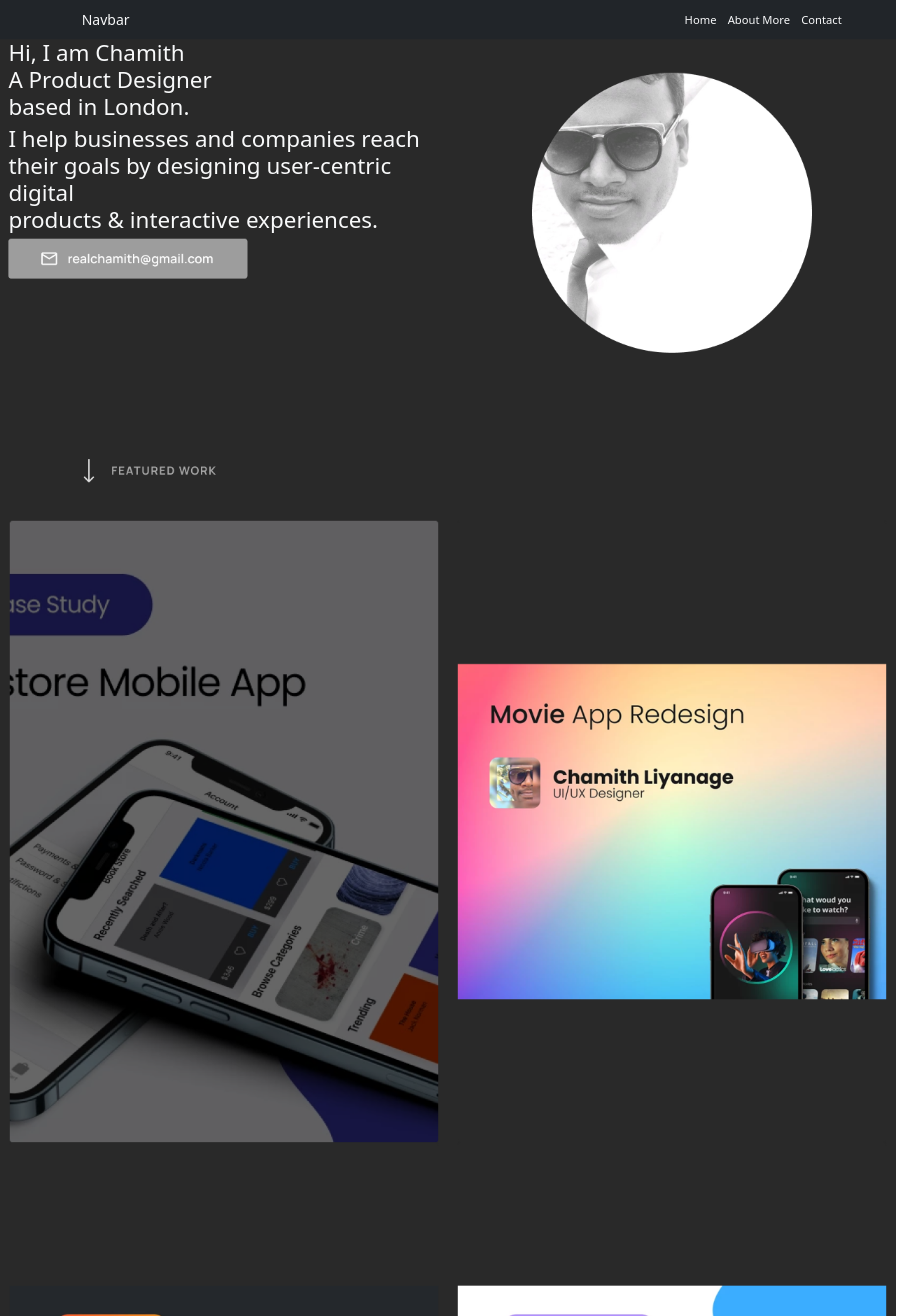
Repository: Realchamithweb/chamith-html
Page: index.html
An editor plug-in stored every save of this project. The page is shown before and after the next save, followed by the edit.
The browser window is 1280 px wide. The page is 1292 px wide, so the pictures cover 1292 px, including what lies to the right of the window. The pictures show the part of the page from y = 0 to 1880 px (the page is 4129 px tall), at 70% of full size.

Above is the page before, as saved 2023-01-04 12:07:28.

### index.html
<!doctype html>
<html lang="en">
  <head>
    <!-- Required meta tags -->
    <meta charset="utf-8">
    <meta name="viewport" content="width=device-width, initial-scale=1">
    <link rel="stylesheet" href="/css/style.css">
    <!-- Bootstrap CSS -->
    <link href="https://cdn.jsdelivr.net/npm/bootstrap@5.0.2/dist/css/bootstrap.min.css" rel="stylesheet" integrity="sha384-EVSTQN3/azprG1Anm3QDgpJLIm9Nao0Yz1ztcQTwFspd3yD65VohhpuuCOmLASjC" crossorigin="anonymous">

    <title>Hello, world!</title>
  </head>
  <body>
    <div class="main">
            <div class="head">
                <nav class="navbar navbar-expand-lg navbar-light bg-dark">
                    <div class="container-fluid">
                        <div class="col-md-1"></div>
                    <a class="navbar-brand col-md-8 text-light" href="#">Navbar</a>
                    <button class="navbar-toggler" type="button" data-bs-toggle="collapse" data-bs-target="#navbarNavDropdown" aria-controls="navbarNavDropdown" aria-expanded="false" aria-label="Toggle navigation">
                        <span class="navbar-toggler-icon"></span>
                    </button>
                    <div class="collapse navbar-collapse" id="navbarNavDropdown">
                        <ul class="navbar-nav">
                        <li class="nav-item">
                            <a class="nav-link active text-light" aria-current="page" href="#">Home</a>
                        </li>
                        <li class="nav-item">
                            <a class="nav-link text-light" href="/about-more.html">About More</a>
                        </li>
                        <li class="nav-item">
                            <a class="nav-link text-light" href="/contact.html">Contact</a>
                        </li>
                        </ul>
                    </div>
                    </div>
                </nav>
            </div>

            <section>
            <div class="hero">
                <div class="container-fluid">
                    <div class="row">
                        <div class="col-lg-6">
                            <p class="hero-title text-light h2">Hi, I am Chamith<br>
                                A Product Designer<br>
                                based in London.
                            </p>
                            <p class="hero-text text-light h2">
                                I help businesses and companies reach <br>
                                their goals by designing user-centric digital <br>
                                products & interactive experiences.
                            </p>
                            <img src="/inc/Btn.png" class="img02">
                        </div>
                        <div class="col-lg-6 d-flex justify-content-center mb-5 mt-5">
                            <img src="/inc/unsplash_XHVpWcr5grQ.png"" class="img01">
                        </div>
                    </div>
                </div>
            </div>
            </section>
            <section>
            <div class="Featured-Work">
                <div class="container-fluid">
                    <div class="row mt-5">
                        <div class="col-lg-1  mb-5"></div>
                        <div class="col-lg-10  mb-5 mt-5">
                            <img src="/inc/Featured.png" class="img00">
                        </div>
                        <div class="col-lg-6 d-flex justify-content-center">
                            <img src="/inc/unsplash_mxPiMiz7KCo.png" class="img01">

                        </div>
                        <div class="col-lg-6 d-flex justify-content-center">
                            <img src="/inc/unsplash_g-pKprPg5yw.png" class="img02">
                        </div>
                    </div>
                </div>
                <div class="container-fluid">
                    <div class="row">
                        <div class="col-lg-6 d-flex justify-content-center">
                            <img src="/inc/unsplash_pqzRfBhd9r0.png" class="img01">
                        </div>
                        <div class="col-lg-6 d-flex justify-content-center">
                            <img src="/inc/unsplash_x-HpilsdKEk.png" class="img01">
                        </div>
                    </div>
                </div>
            </div>
            </section>
            <section>
                <div class="Visual-Explorations mb-5">
                    <div class="container-fluild">
                        <div class="row">
                            <div class="col-lg-12 d-flex justify-content-center text-light h1 mt-5 mb-5">Visual Explorations</div>
                            <div class="col-lg-4 d-flex justify-content-center">
                                <img src="/inc/unsplash_fd6K_OFlnRA.png" class="img01">
                            </div>
                            <div class="col-lg-4 d-flex justify-content-center">
                                <img src="/inc/unsplash_Glel-RswQqM.png" class="img01">
                            </div>
                            <div class="col-lg-4 d-flex justify-content-center">
                                <img src="/inc/unsplash_pPTw_RTkvXQ.png" class="img01">
                            </div>
                        </div>
                    </div>
                </div>
            </section>
            <section>
                <div class="Personal-Projects">
                    <div class="container-fluild">
                        <div class="row">
                            <div class="col-lg-12 d-flex justify-content-center text-light h1 mt-5">Personal Projects</div>
                            <div class="col-lg-4 d-flex justify-content-center">
                                <img src="/inc/Rectangle 4.png" class="img01">
                            </div>
                            <div class="col-lg-4 d-flex justify-content-center">
                                <img src="/inc/Rectangle 4-1.png" class="img01">
                            </div>
                            <div class="col-lg-4 d-flex justify-content-center">
                                <img src="/inc/Rectangle 4-2.png" class="img01">
                            </div>
                        </div>
                    </div>
                </div>
            </section>
            <section>
                <div class="contact-me">
                    <div class="container-fluild">
                        <div class="row">
                                <h2 class="text-light d-flex justify-content-center mb-5">Contact Me</h2>
                                <p class="text-light d-flex text-center justify-content-center h5 mb-5">If you are looking to hire a product designer,<br>
                                    I’m currently available for freelance work</p>
                                <div class="col-lg-12 d-flex justify-content-center mb-5">
                                    <img src="/inc/Btn.png" class="img02">
                                </div>
                        </div>
                    </div>
                </div>
            </section>
            <section>
                <div class="footer">
                    <div class="container-fluild">
                        <div class="row">
                            <hr class="text-light">
                            <div class="col-lg-4 text-center text-light mb-3">Made by Chamith — Copyright 2022</div>
                            <div class="col-lg-4 mb-3"></div>
                            <div class="col-lg-4 mb-3"><img src="/inc/Icons.png" class="img02"></div>
                        </div>
                    </div>
                </div>
            </section>

    </div>




    <!-- Optional JavaScript; choose one of the two! -->

    <!-- Option 1: Bootstrap Bundle with Popper -->
    <script src="https://cdn.jsdelivr.net/npm/bootstrap@5.0.2/dist/js/bootstrap.bundle.min.js" integrity="sha384-MrcW6ZMFYlzcLA8Nl+NtUVF0sA7MsXsP1UyJoMp4YLEuNSfAP+JcXn/tWtIaxVXM" crossorigin="anonymous"></script>

    <!-- Option 2: Separate Popper and Bootstrap JS -->
    <!--
    <script src="https://cdn.jsdelivr.net/npm/@popperjs/core@2.9.2/dist/umd/popper.min.js" integrity="sha384-IQsoLXl5PILFhosVNubq5LC7Qb9DXgDA9i+tQ8Zj3iwWAwPtgFTxbJ8NT4GN1R8p" crossorigin="anonymous"></script>
    <script src="https://cdn.jsdelivr.net/npm/bootstrap@5.0.2/dist/js/bootstrap.min.js" integrity="sha384-cVKIPhGWiC2Al4u+LWgxfKTRIcfu0JTxR+EQDz/bgldoEyl4H0zUF0QKbrJ0EcQF" crossorigin="anonymous"></script>
    -->
  </body>
</html>

### css/style.css
.main{
    background-color: #292929;
}

/*
.hero-title{
    position: absolute;
    width: 824px;
    height: 192px;
    left: 96px;
    top: 240px;

    font-family: 'Inter';
    font-style: normal;
    font-weight: 400;
    font-size: 54px;
    line-height: 64px;
    color: #000000;
}

.hero-text{
    position: absolute;
    width: 824px;
    height: 90px;
    left: 96px;
    top: 456px;

    font-family: 'Inter';
    font-style: normal;
    font-weight: 400;
    font-size: 20px;
    line-height: 30px;
    /* or 150% */
    /* color: #000000
}

.hero-btn{
    box-sizing: border-box;
    position: absolute;
    width: 341.57px;
    height: 57px;
    left: 96px;
    top: 634px;

    background: #FFFFFF;
    border: 1px solid #000000;
    border-radius: 4px;
}

.f-row{
    display: flex;
    flex-direction: row;
    justify-content: center;
    align-items: center;
    padding: 8px;
    gap: 32px;

    position: absolute;
    height: 48px;
    left: 96px;
    top: 836px;
}

.img00{
    display: flex;
    flex-direction: row;
    justify-content: center;
    align-items: center;
    padding: 8px;
    gap: 32px;

    position: absolute;
    width: 198px;
    height: 48px;
    left: 96px;
    top: 836px;

}

.img01{
    position: absolute;
    width: 612px;
    height: 888px;
    left: 96px;
    top: 964px;
    border-radius: 4px;
}

.img01:hover{
    background: linear-gradient(0deg, rgba(0, 0, 0, 0.6), rgba(0, 0, 0, 0.6)), url("/inc/Bookstore.png"), #292929;
}

.img02{
    position: absolute;
    width: 612px;
    height: 888px;
    left: 732px;
    top: 1102px;

    background: url(3ffea8135910975.Y3JvcCwxMDgwLDg0NCwwLDExNw.png), #292929;
    border-radius: 4px;
}  */

After the next save:
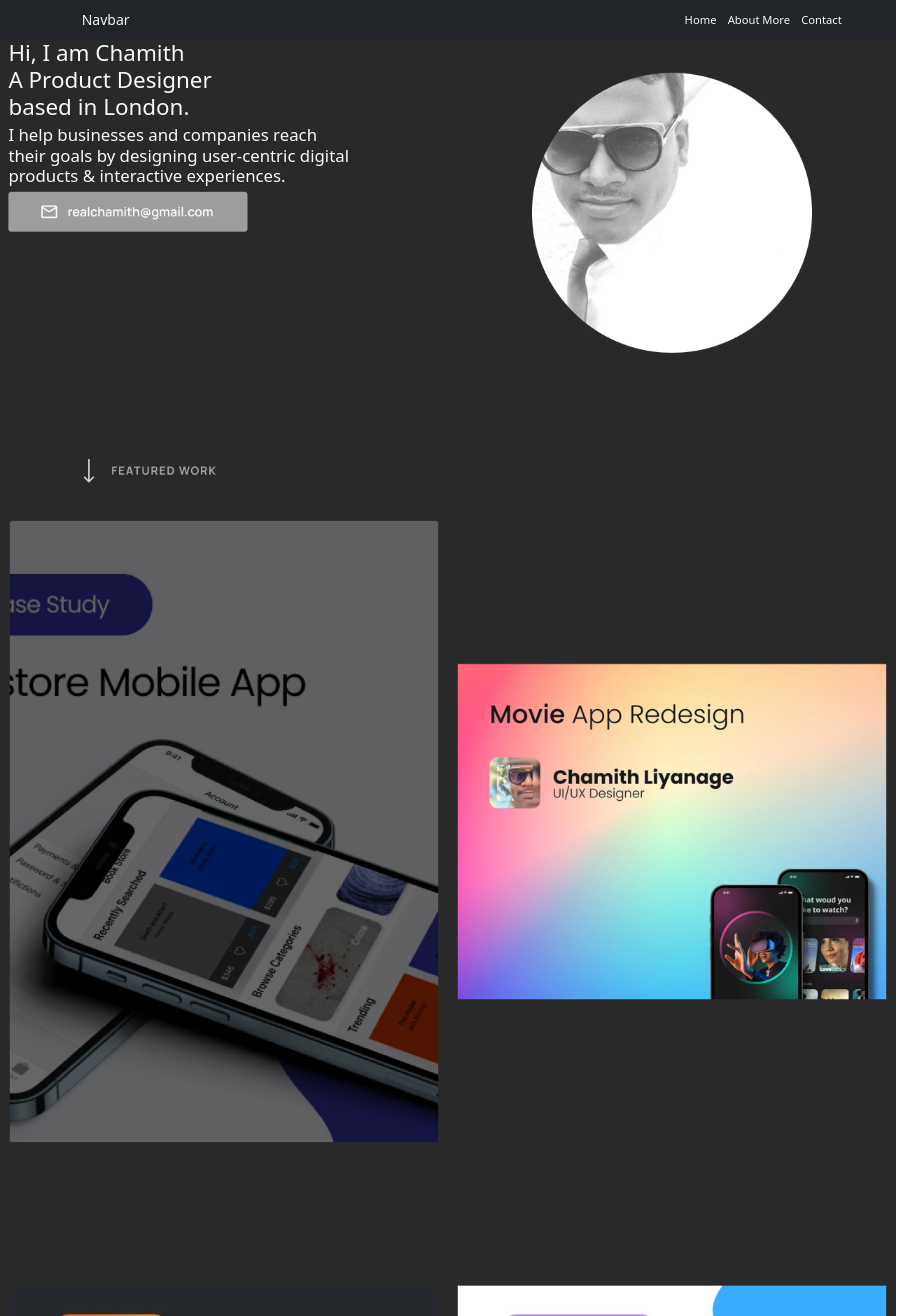
Saved 7 s later.
--- a/index.html
+++ b/index.html
@@ -46,7 +46,7 @@
                                 A Product Designer<br>
                                 based in London.
                             </p>
-                            <p class="hero-text text-light h2">
+                            <p class="hero-text text-light h4">
                                 I help businesses and companies reach <br>
                                 their goals by designing user-centric digital <br>
                                 products & interactive experiences.
